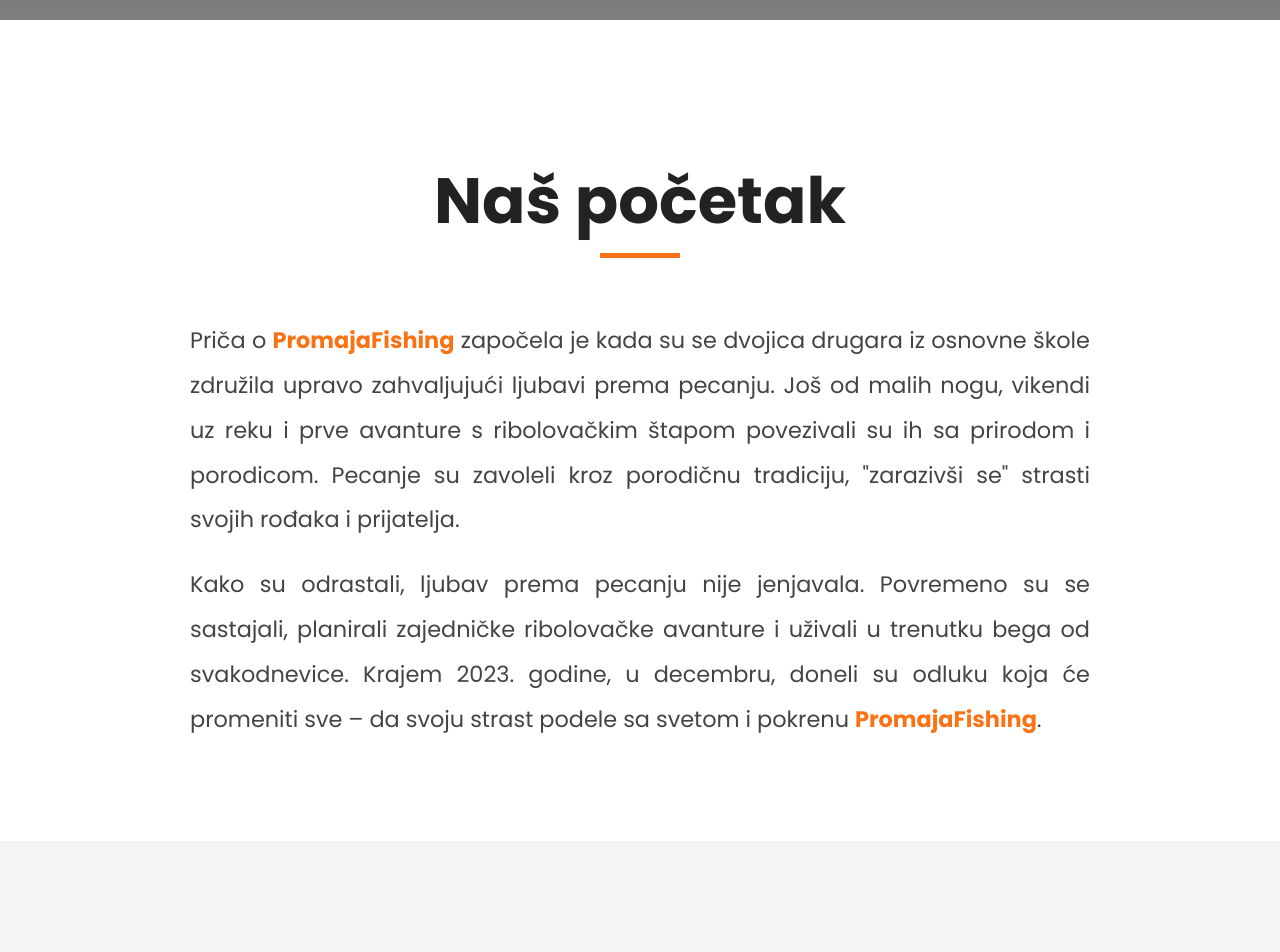
Repository: dimitrijekokovic/PromajaShopFront
Page: /aboutus
These files come from the project's save history. The page is drawn as it stood at one moment and after the next save; the edit follows.
The browser window is 1280 px wide. The pictures show the part of the page from y = 591 to 1543 px (the page is 4029 px tall).
Pictures or frames that could not be fetched are drawn as grey boxes. The page's requests for data from a server got no answer. The project was rebuilt for these pictures with package versions that can differ from the ones it lists, and the page was loaded fresh each time. The framework's server and built-in components were replaced by stand-ins that run in the browser. No one was signed in, and anything a server would have sent is missing. Also part of the build but not shown: next.config.js, next.config.mjs.

Above is the page before, as saved 2025-02-15 17:11:31.

After the next save:
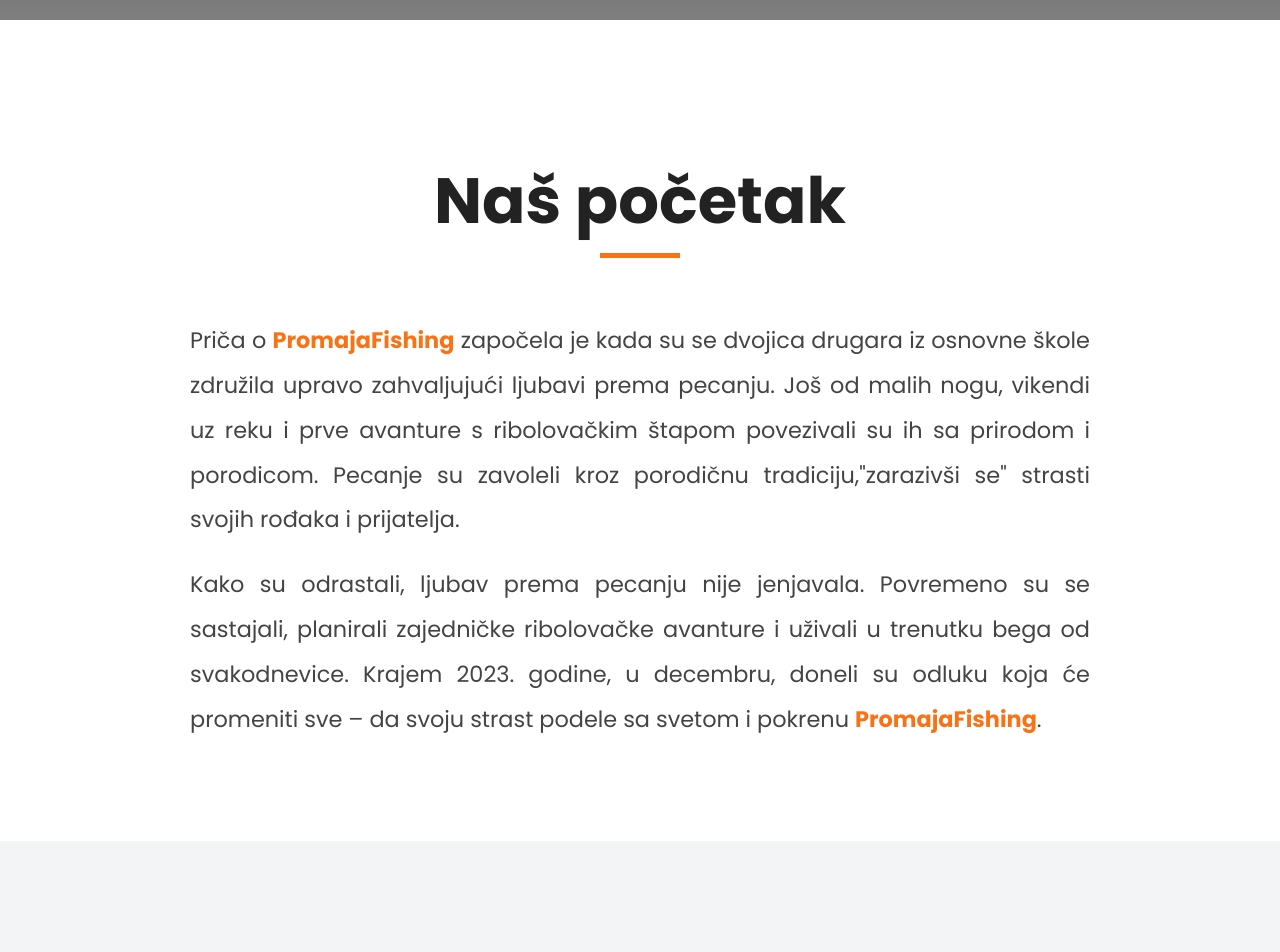
Saved 8 h 29 min later.
--- a/pages/aboutus.js
+++ b/pages/aboutus.js
@@ -162,7 +162,7 @@
           Priča o <Highlight>PromajaFishing</Highlight> započela je kada su se dvojica drugara iz osnovne škole
           združila upravo zahvaljujući ljubavi prema pecanju. Još od malih nogu, vikendi uz reku i prve avanture s
           ribolovačkim štapom povezivali su ih sa prirodom i porodicom. Pecanje su zavoleli kroz porodičnu tradiciju,
-          &quot;zarazivši se&quot; strasti svojih rođaka i prijatelja.
+          {"\"zarazivši se\""} strasti svojih rođaka i prijatelja.
         </Text>
         <Text>
           Kako su odrastali, ljubav prema pecanju nije jenjavala. Povremeno su se sastajali, planirali zajedničke
